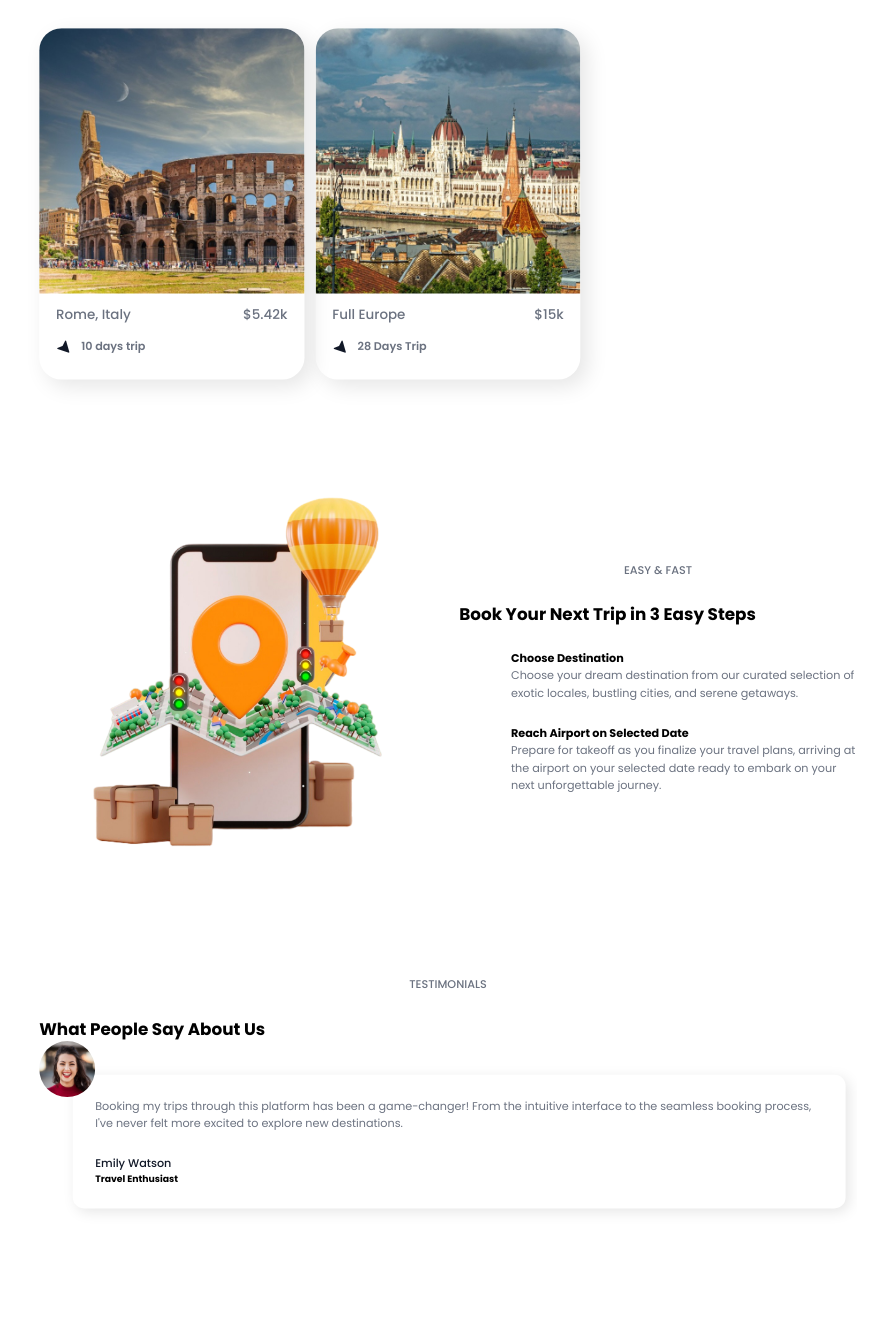
Repository: ntandomagana/travel-website
Page: index.html
These files come from the project's save history. The page is drawn as it stood at one moment and after a run of saves; the edit follows.
The browser window is 1280 px wide. The pictures show the part of the page from y = 1715 to 3635 px (the page is 4119 px tall), at 70% of full size.

Above is the page before, as saved 2024-05-07 14:39:11.

### index.html
<!DOCTYPE html>
<html lang="en">
  <head>
    <meta charset="UTF-8" />
    <meta name="viewport" content="width=device-width, initial-scale=1.0" />
    <link
      href="https://cdn.jsdelivr.net/npm/remixicon@4.2.0/fonts/remixicon.css"
      rel="stylesheet"
    />
    <link
      rel="stylesheet"
      href="https://cdn.jsdelivr.net/npm/swiper@11/swiper-bundle.min.css"
    />
    <link rel="stylesheet" href="style.css" />
    <link rel="stylesheet" href="mediaqueries.css" />
    <title>Travel Website</title>
  </head>
  <body>
    <nav>
      <div class="nav-header">
        <div class="logo">
          <a href="#" class="logo">Travel<span>S</span>.</a>
        </div>
        <div class="nav-menu-btn" id="menu-btn">
          <i class="ri-menu-line"></i>
        </div>
      </div>

      <ul class="nav-links" id="nav-links">
        <li><a href="#home">Home</a></li>
        <li><a href="#service">Services</a></li>
        <li><a href="#destination">Destinations</a></li>
        <li><a href="#trips">Trips</a></li>
        <li><a href="#client">Clients</a></li>
      </ul>
    </nav>

    <header class="section-container header-container" id="home">
      <div class="header-image">
        <img src="assets/header.png" alt="header" />
      </div>
      <div class="header-content">
        <h3 class="section-subheader">BEST DESTINATIONS AROUND THE WORLD</h3>
        <h1>Travel, enjoy and live a new full life</h1>
        <p>
          It's an invitation to break free from the ordinary, immerse yourself
          in diverse cultures, and embrace the beauty of the world around you.
          Let every journey be a chapter in your story of living life to its
          fullest potential.
        </p>
        <div class="header-btns">
          <button class="btn">Find out more</button>
          <a href="#">
            <span><i class="ri-play-fill"></i></span>
            Play Demo
          </a>
        </div>
      </div>
    </header>

    <section class="section-container service-container" id="service">
      <h3 class="section-subheader">CATEGORY</h3>
      <h2 class="section-header">We Offer Best Services</h2>
      <div class="service-grid">
        <div class="service-card">
          <img src="assets/weather.png" alt="service" />
          <h4>Calculated Weather</h4>
          <p>
            Stay ahead of your travels with precise weather forecasts tailored
            to your destination's conditions.
          </p>
        </div>
        <div class="service-card">
          <img src="assets/customisation.png" alt="service" />
          <h4>Customizations</h4>
          <p>
            Tailor your journey with personalized customizations, ensuring every
            detail reflects your unique travel style.
          </p>
        </div>
      </div>
    </section>

    <section class="section-container destination-container" id="destination">
      <h3 class="section-subheader">TOP SELLING</h3>
      <h2 class="section-header">Top Destinations</h2>
      <div class="destination-grid">
        <div class="destination-card">
          <img src="assets/destination-1.jpg" alt="destination" />
          <div class="destination-details">
            <div>
              <h4>Rome, Italy</h4>
              <h4>$5.42k</h4>
            </div>
            <p>
              <span><i class="ri-navigation-fill"></i></span>
              10 days trip
            </p>
          </div>
        </div>
        <div class="destination-card">
          <img src="assets/destination-3.jpg" alt="destination" />
          <div class="destination-details">
            <div>
              <h4>Full Europe</h4>
              <h4>$15k</h4>
            </div>
            <p>
              <span><i class="ri-navigation-fill"></i></span>
              28 Days Trip
            </p>
          </div>
        </div>
      </div>
    </section>

    <section class="section-container trip-container" id="trip">
      <div class="trip-image">
        <img src="assets/trip.png" />
      </div>
      <div class="trip-content">
        <h3 class="section-subheader">EASY & FAST</h3>
        <h2 class="section-header">Book Your Next Trip in 3 Easy Steps</h2>
        <ul class="trip-list">
          <li>
            <span><i class="ri-signpost-line"></i></span>
            <div>
              <h4>Choose Destination</h4>
              <p>
                Choose your dream destination from our curated selection of
                exotic locales, bustling cities, and serene getaways.
              </p>
            </div>
          </li>

          <li>
            <span><i class="ri-secure-payment-line"></i></span>
            <div>
              <h4>Reach Airport on Selected Date</h4>
              <p>
                Prepare for takeoff as you finalize your travel plans, arriving
                at the airport on your selected date ready to embark on your
                next unforgettable journey.
              </p>
            </div>
          </li>
        </ul>
      </div>
    </section>

    <section class="section-container clinet-container" id="client">
      <div class="client-content">
        <h3 class="section-subheader">TESTIMONIALS</h3>
        <h2 class="section-header">What People Say About Us</h2>
      </div>
      <div class="client-swiper">
        <!--Slider main container-->
        <div class="swiper">
          <!--Additional required wrapper-->
          <div class="swiper-wrapper">
            <!--Slides-->
            <div class="swiper-slide">
              <div class="client-card">
                <img src="assets/client-1.jpg" alt="client" />
                <div class="client-card-content">
                  <p>
                    Booking my trips through this platform has been a
                    game-changer! From the intuitive interface to the seamless
                    booking process, I've never felt more excited to explore new
                    destinations.
                  </p>
                  <h4>Emily Watson</h4>
                  <h5>Travel Enthusiast</h5>
                </div>
              </div>
            </div>
            <div class="swiper-slide">
              <div class="client-card">
                <img src="assets/client-2.jpg" alt="client" />
                <div class="client-card-content">
                  <p>
                    As a busy professional, time is of the essence. This website
                    made planning my vacation a breeze, allowing me to focus on
                    what matters most: making memories with my family.
                  </p>
                  <h4>David Nguyen</h4>
                  <h5>Business Executive</h5>
                </div>
              </div>
            </div>

            <div class="swiper-slide">
              <div class="client-card">
                <img src="assets/client-3.jpg" alt="client" />
                <div class="client-card-content">
                  <p>
                    I've been using this service for years, and it never
                    disappoints. The convenience of booking my flights,
                    accommodations, and activities all in one place saves me
                    time and stress every trip.
                  </p>
                  <h4>Michael Johnson</h4>
                  <h5>Frequent Flyer</h5>
                </div>
              </div>
            </div>
          </div>
        </div>
      </div>
    </section>

    <footer class="footer">
      <div class="section-container footer-container">
        <div class="footer-col">
          <div class="footer-logo">
            <a href="#" class="logo">Travel<span>S</span>.</a>
          </div>
          <p>
            Our platform is your passport to seamless adventures, offering a
            curated selection of destinations and a user-friendly booking
            experience.
          </p>
        </div>
        <div class="footer-col">
            <h4>Company</h4>
            <ul class="footer-links">
                <li><a href="#">About</a></li>
                <li><a href="#">Careers</a></li>
                <li><a href="#">Mobile</a></li>
            </ul>
        </div>
        <div class="footer-col">
          <h4>Contact</h4>
          <ul class="footer-links">
            <li><a href="#">Help/FAQ</a></li>
            <li><a href="#">Press</a></li>
            <li><a href="#">Affiliates</a></li>
          </ul>
        </div>
        <div class="footer-col">
          <ul class="footer-socials">
            <li>
              <a href="#"><i class="ri-facebook-fill"></i></a>
            </li>
            <li>
              <a href="#"><i class="ri-instagram-line"></i></a>
            </li>
            <li>
              <a href="#"><i class="ri-twitter-fill"></i></a>
            </li>
          </ul>
          <h5>Discover our app</h5>
          <div class="footer-discover">
            <a href="#"><img src="assets/google-play.jpg" alt="discover" /></a>
            <a href="#"><img src="assets/app-store.jpg" alt="discover" /></a>
          </div>
        </div>
      </div>
      <div class="footer-bar">
        Copyright © 2024 TravelS. All rights reserved.
      </div>
    </footer>

    <script src="https://unpkg.com/scrollreveal"></script>
    <script src="https://cdn.jsdelivr.net/npm/swiper@11/swiper-bundle.min.js"></script>
    <script src="main.js"></script>

      </div>

    </footer>
  </body>
</html>

### style.css
@import url("https://fonts.googleapis.com/css2?family=Poppins:ital,wght@0,100;0,200;0,300;0,400;0,500;0,600;0,700;0,800;0,900;1,100;1,200;1,300;1,400;1,500;1,600;1,700;1,800;1,900&display=swap");

:root {
  --primary-color: #e06951;
  --text-dark: #111827;
  --text-light: #6b7280;
  --white: #ffffff;
  --max-width: 1200px;
}

* {
  padding: 0;
  margin: 0;
  box-sizing: border-box;
}

html,
body {
  scroll-behavior: smooth;
}

body {
  font-family: "Poppins", sans-serif;
  background-image: url(assets/header-bg.png);
  background-size: contain;
  background-position: top center;
  background-repeat: no-repeat;
}

nav {
  position: fixed;
  isolation: isolate;
  width: 100%;
  max-width: var(--max-width);
  margin-inline: auto;
  z-index: 9;
}

.nav-header {
  padding: 1rem;
  width: 100%;
  display: flex;
  align-items: center;
  justify-content: space-between;
  background-color: var(--text-dark);
}

.nav-header .logo {
  color: var(--white);
}

.nav-menu-btn {
  font-size: 1rem;
  color: var(--white);
  cursor: pointer;
}

.nav-links {
  position: absolute;
  top: 65px;
  left: 0;
  width: 100%;
  list-style: none;
  display: flex;
  align-items: center;
  justify-content: center;
  flex-direction: column;
  gap: 2rem;
  padding: 2rem;
  background-color: var(--text-dark);
  transition: 0.5s;
  z-index: -1;
  transform: translateY(-100%);
}

.nav-links.open {
  transform: translateY(0);
}

.nav-links a {
  font-weight: 500;
  white-space: nowrap;
  color: var(--white);
}

.nav-links a:hover {
  color: var(--primary-color);
}

.section-container {
  max-width: var(--max-width);
  margin: auto;
  padding: 5rem 1rem;
}

.section-subheader {
  margin-bottom: 1rem;
  font-size: 1rem;
  font-weight: 500;
  line-height: 3.75rem;
  color: var(--text-light);
  text-align: center;
}

.logo {
  font-size: 1.75rem;
  font-weight: 600;
  color: var(--text-dark);
}

.logo span {
  color: var(--primary-color);
}

img {
  display: flex;
  width: 100%;
}

a {
  text-decoration: none;
  transition: 0.4s;
}

ul {
  list-style: none;
}

.header-container {
  display: grid;
  gap: 2rem;
  overflow: hidden;
}

.header-image img {
  max-width: 550px;
  margin-inline: auto;
}

.header-content .section-subheader {
  font-size: 1.2rem;
  color: var(--primary-color);
}

.header-content h1 {
  margin-bottom: 1rem;
  font-size: 4.75rem;
  font-weight: 500;
  line-height: 5.5rem;
  color: var(--text-dark);
  text-align: center;
}

.header-content p {
  margin-bottom: 2rem;
  line-height: 2rem;
  color: var(--text-light);
  text-align: center;
}

.header-btns {
  display: flex;
  align-items: center;
  justify-content: center;
  gap: 2rem;
}

.header-btns .btn {
  padding: 1rem 1.5rem;
  outline: none;
  border: none;
  font-size: 1rem;
  color: var(--white);
  background-color: #f1a501;
  border-radius: 5px;
  box-shadow: 2px 2px 20px rgba(241, 165, 1, 0.5);
  cursor: pointer;
}

.header-btns a {
  display: flex;
  align-items: center;
  gap: 1rem;
  font-size: 1rem;
  font-weight: 500;
  color: var(--text-light);
  transition: 0.3s;
}

.header-btns a:hover {
  color: var(--text-dark);
}

.header-btns a span {
  padding: 6px 12px;
  font-size: 1.5rem;
  color: var(--white);
  background-color: var(--primary-color);
  box-shadow: 2px 2px 20px rgba(224, 105, 81, 0.5);
  border-radius: 100%;
}

.service-grid {
  margin-top: 4rem;
  display: grid;
  gap: 1rem;
}

.service-card {
  padding: 2rem 1rem;
  text-align: center;
  border-radius: 2rem;
  transition: 0.3s;
}

.service-card:hover {
  box-shadow: 10px 10px 30px rgba(0, 0, 0, 0.1);
}

.service-card img {
  margin-bottom: 2rem;
  max-width: 60px;
  margin-inline: auto;
}

.service-card h4 {
  margin-bottom: 1rem;
  font-size: 1.2rem;
  font-weight: 600;
  color: var(--text-dark);
}

.service__card p {
  color: var(--text-light);
}

.destination-grid {
  margin-top: 4rem;
  display: grid;
  gap: 1rem;
}

.destination-card {
  border-radius: 2rem;
  overflow: hidden;
  box-shadow: 10px 10px 30px rgba(0, 0, 0, 0.1);
}

.destination-details {
  padding: 1rem 1.5rem;
}

.destination-details > div {
  margin-bottom: 1rem;
  display: flex;
  align-items: center;
  justify-content: space-between;
  gap: 1rem;
}

.destination-details h4 {
  font-size: 1.2rem;
  font-weight: 500;
  color: var(--text-light);
}

.destination-details p {
  margin-bottom: 1rem;
  display: flex;
  align-items: center;
  font-weight: 600;
  gap: 1rem;
  color: var(--text-light);
}

.destination-details p span {
  font-size: 1.25rem;
  color: var(--text-dark);
  transform: rotate(180deg);
}

.trip-container {
  display: grid;
  gap: 2rem;
  overflow: hidden;
}

.trip-image img {
  max-width: 425px;
  margin-inline: auto;
}

.trip-list {
  list-style: none;
  margin-top: 2rem;
  display: grid;
  gap: 2rem;
}

.trip-list li {
  display: flex;
  align-items: center;
  gap: 1rem;
}

.trip-list li span {
  padding: 8px 15px;
  font-size: 1.75rem;
  color: var(--white);
  border-radius: 1rem;
}

.trip__list li:nth-child(1) span {
  background-color: #f0bb1f;
}

.trip__list li:nth-child(2) span {
  background-color: #f15a2b;
}

.trip__list li:nth-child(3) span {
  background-color: #006380;
}

.trip-list p {
  color: var(--text-light);
}

.client-container {
  padding-bottom: 3rem;
  display: grid;
  gap: 2rem 4rem;
}

.swiper {
  width: 100%;
}

.swiper-slide {
  height: auto !important;
}

.client-card {
  position: relative;
  isolation: isolate;
  padding-block: 3rem 2rem;
  padding-inline: 3rem 1rem;
}

.client-card img {
  position: absolute;
  top: 0;
  left: 0;
  max-width: 80px;
  border-radius: 100%;
}

.client-card-content {
  padding: 2rem;
  border-radius: 1rem;
  box-shadow: 5px 5px 20px rgba(0, 0, 0, 0.1);
}

.client-card-content p {
  margin-bottom: 2rem;
  color: var(--text-light);
}

.client-card-content h4 {
  font-size: 1rem;
  font-weight: 500;
  color: var(--text-dark);
}

.client__card__content h5 {
  font-size: 1rem;
  font-weight: 500;
  color: var(--text-light);
}

.footer-container {
  display: grid;
  gap: 2rem;
}

.footer-col p {
  margin-top: 1rem;
  color: var(--text-light);
}

.footer-col h4 {
  margin-bottom: 1.5rem;
  font-size: 1.2rem;
  font-weight: 500;
  color: var(--text-dark);
}

.footer-links {
    display: grid;
    gap: 1rem;
}

.footer-links a {
    font-weight: 500;
    color: var(--text-light);

}

.footer-links a:hover {
    color: var(--primary-color);
}

.footer-socials {
    margin-bottom: 2rem;
    display: flex;
    align-items: center;
    justify-content: center;
    gap: 1rem;
}

.footer-socials a {
    padding: 8px 12px;
    font-size: 1.25rem;
    color: var(--text-dark);
    border-radius: 100%;
    box-shadow: 5px 5px 20px rgba(0, 0, 0, 0.1);
}

.footer-socials a:hover {
    color: var(--white);
    background-color: var(--primary-color);
}
.footer-col h5 {
    margin-bottom: 1rem;
    font-size: 1.1rem;
    font-weight: 500;
    color: var(--text-light);
}


.footer-discover {
    display: flex;
    align-items: center;
    justify-content: center;
    gap: 1rem;
}

.footer-discover img {
    max-width: 120px;
    border-radius: 1rem;
}

.footer-bar {
    padding: 1rem;
    font-size: 0.9rem;
    color: var(--text-light);
    text-align: center;

}

### mediaqueries.css
@media (width > 540px) {
  .service-grid {
    grid-template-columns: repeat(2, 1fr);
  }

  .destination-grid {
    grid-template-columns: repeat(2, 1fr);
  }

  .footer-container {
    grid-template-columns: repeat(2, 1fr);
  }

  .footer-col:nth-child(4) {
    grid-area: 2/1/3/2;
  }
}

@media (width > 768px) {
  nav {
    position: static;
    padding-block: 2rem 0;
    padding-inline: 1rem;
    display: flex;
    align-items: center;
    justify-content: space-between;
    gap: 2rem;
  }

  .nav-header {
    padding: 0;
    background-color: transparent;
  }

  .nav-logo .logo {
    color: var(--text-dark);
  }

  .nav-menu-btn {
    display: none;
  }

  .nav-links {
    position: static;
    padding: 0;
    flex-direction: row;
    justify-content: fix-end;
    gap: 4rem;
    background-color: transparent;
    transform: none;
  }

  .nav-links a {
    color: var(--text-dark);
  }

  .header-container {
    grid-template-columns: repeat(2, 1fr);
    align-items: center;
  }

  .header-image {
    grid-area: 1/2/3;
  }

  .header-content :is(.section-subheader, h1, p) {
    text-align: left;
  }

  .header-btns {
    justify-content: flex-start;
  }

  .service-grid {
    grid-template-columns: repeat(4, 1fr);
  }

  .destination-grid {
    grid-template-columns: repeat(3, 1fr);
  }

  .trip-container {
    grid-template-columns: repeat(2, 1fr);
    align-items: center;
  }
}

Loaded but not shown: main.js (no copy from this time; the picture is the same without it)

After the next 2 saves:
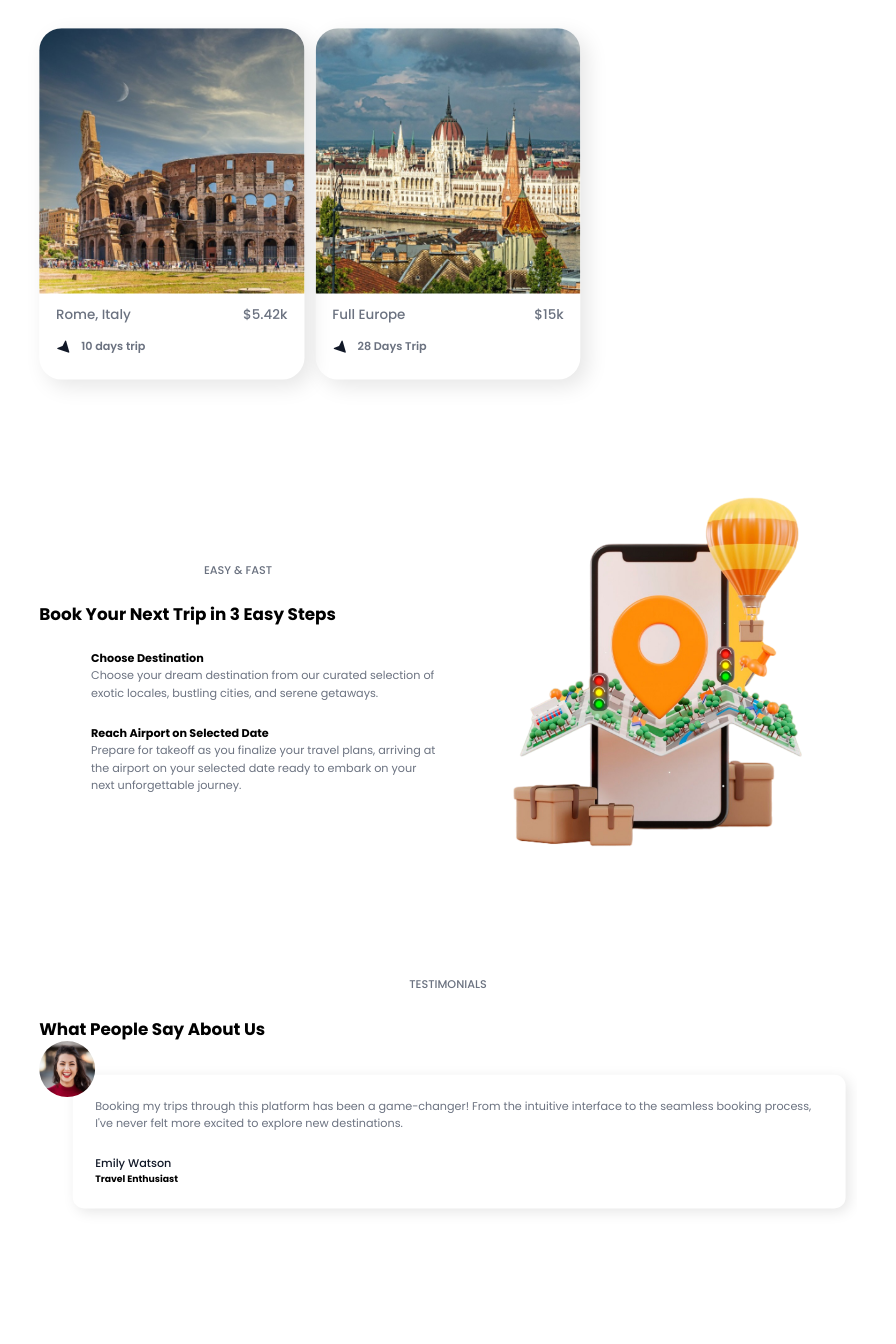
The 2 saves are shown as one change because they came seconds apart.
The last was saved 10 s later.
--- a/mediaqueries.css
+++ b/mediaqueries.css
@@ -83,4 +83,8 @@
     grid-template-columns: repeat(2, 1fr);
     align-items: center;
   }
+
+  .trip-image {
+    grid-area: 1/2/2/3;
+  }
 }
